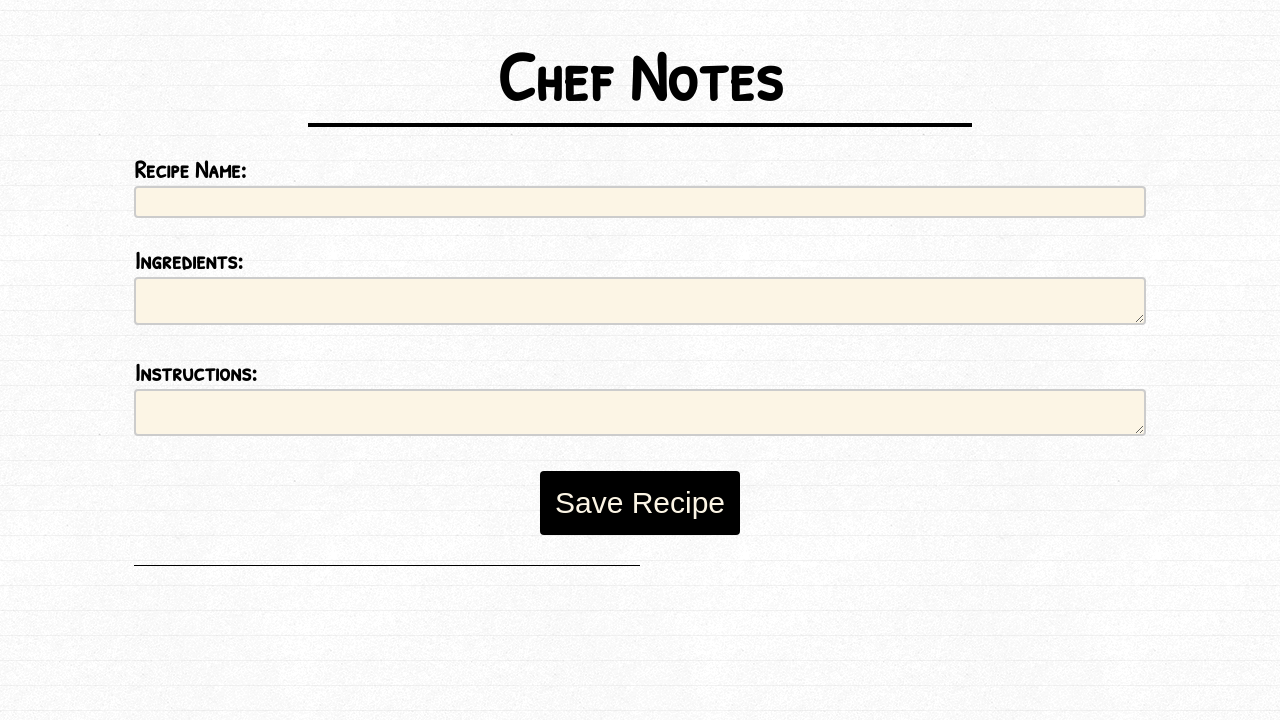
Repository: Chadloswald/RecipeSite
Page: index.html
These files come from the project's save history. The page is drawn as it stood at one moment and after the next save; the edit follows.
The browser window is 1280 px wide. The pictures show the whole page.

Above is the page before, as saved 2023-04-03 21:17:02.

### index.html
<!DOCTYPE html>
<html lang="en">
  <head>
    <meta charset="UTF-8">
    <title>ChefNotes</title>
    <style type="text/css">
      /* body {
      background-color: rgb(0,0,0);
      background-image: url(http://www.zingerbugimages.com/backgrounds/parchment_paper_wallpaper_texture_seamless.jpg);
      background-position: top left;
      background-repeat: repeat;
      background-attachment: fixed;
    } */
    </style>
    <link rel="stylesheet" href="style.css">
  </head>
  <body>
    <!-- <div id="corner-border"></div> -->
    <h1>Chef Notes</h1>
    <form>
      <label for="name">Recipe Name:</label>
      <input type="text" id="name" name="name">
      <br>
      <label for="ingredients">Ingredients:</label>
      <textarea id="ingredients" name="ingredients"></textarea>
      <br>
      <label for="instructions">Instructions:</label>
      <textarea id="instructions" name="instructions"></textarea>
      <br>
      <button id="saveButton" type="button">Save Recipe</button>
    </form>
    <div id="recipe-list">
      <!-- recipe-line div -->
      <div class="recipe-line"></div>
    <div id="list"></div>
    </div>
    <script src="scripts.js"></script>
  </body>
</html>

### style.css
@font-face {
  font-family: 'Patrick Hand';
  src: url('PatrickHandSC-Regular.ttf') format('truetype');
}
body {
  font-family: 'Patrick Hand', cursive;
  margin-top: 30px 0px 0px 0px;
  padding: 0;
  background-image: url("lined-paper-2.png");
 /* background-color: #FCF5E5;
  */
 /* border: 1px solid black;
  */
}
h1 {
  text-align: center;
  padding: 20px 0 0 0;
  border-bottom: 4px solid black;
  margin: 0 300px;
  font-size: 70px;
}
/* @media (max-width: 600px) {
  h1 {
    font-size: xx-large;
    }
    label {
      font-size: larger;
    }
} */
form {
  width: 80%;
  margin: 0 auto;
}
label {
  display: block;
  font-weight: bold;
  margin-top: 1em;
  font-size: 25px;
}
input[type="text"], textarea {
  background-color: #FCF5E5;
  width: 100%;
  box-sizing: border-box;
  padding: 0.5em;
  border: 2px solid #ccc;
  border-radius: 4px;
}
button {
  display: block;
  margin: 1em auto;
  padding: 0.5em;
  border-radius: 4px;
  background-color: black;
  color: #FCF5E5;
  font-size: 30px;
  border: none;
  cursor: pointer;
}
button:hover {
  background-color: #ADD8E6;
  color: black;
}
#recipe-list {
  width: 80%;
  margin: 1em auto;
  font-size: 25px;
}
h2 {
  font-size: 25px;
}
p {
  font-size: 20px;
}
.recipe-line {
	height: 1px;
	background-color: black;
	position: relative;
	margin-top: 30px;
	margin-bottom: 30px;
	left: 0;
	width: 50%;
}

### scripts.js
document.addEventListener('DOMContentLoaded', function() {
  const save = document.getElementById('saveButton');
  const nameInput = document.getElementById('name');
  const ingredientsInput = document.getElementById('ingredients');
  const instructionsInput = document.getElementById('instructions');
  const recipeList = document.getElementById('list');

  save.addEventListener('click', function() {
    const name = nameInput.value;
    const ingredients = ingredientsInput.value;
    const instructions = instructionsInput.value;

    const recipe = document.createElement('div');
    const recipeName = document.createElement('h2');
    const recipeIngredients = document.createElement('p');
    const recipeInstructions = document.createElement('p');
    const recipeLine = document.createElement('div');

    recipeLine.classList.add('recipe-line');
    recipe.appendChild(recipeLine);

    recipeName.innerText = name;
    recipeIngredients.innerText = `Ingredients: ${ingredients}`;
    recipeInstructions.innerText = `Instructions: ${instructions}`;

    recipe.appendChild(recipeName);
    recipe.appendChild(recipeIngredients);
    recipe.appendChild(recipeInstructions);

    recipeList.appendChild(recipe);

    recipeLine.style.display = 'block';
  });
});

After the next save:
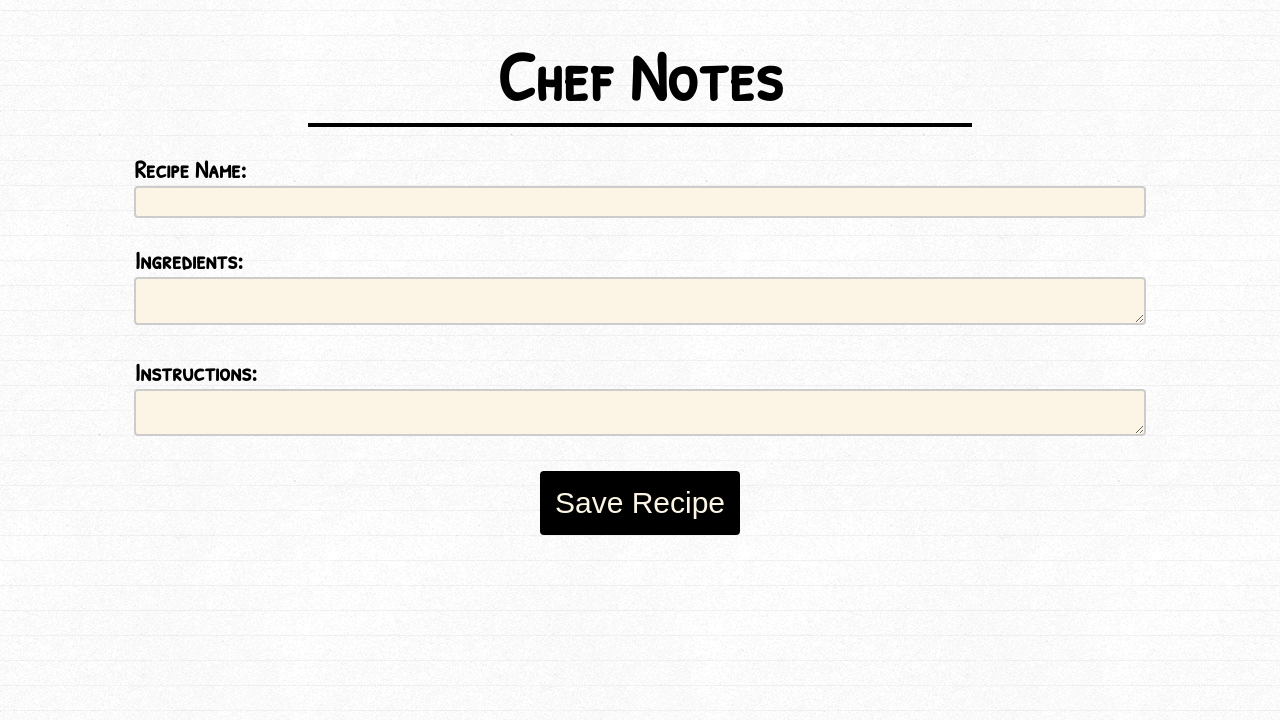
Saved 2 min 43 s later.
--- a/style.css
+++ b/style.css
@@ -72,11 +72,12 @@ p {
   font-size: 20px;
 }
 .recipe-line {
-	height: 1px;
-	background-color: black;
-	position: relative;
-	margin-top: 30px;
-	margin-bottom: 30px;
-	left: 0;
-	width: 50%;
+  width: 50%;
+  height: 1px;
+  margin: 0 auto;
+  background-color: black;
+  display: none;
 }
+.recipe:not(:last-child) .recipe-line {
+  display: block;
+}
